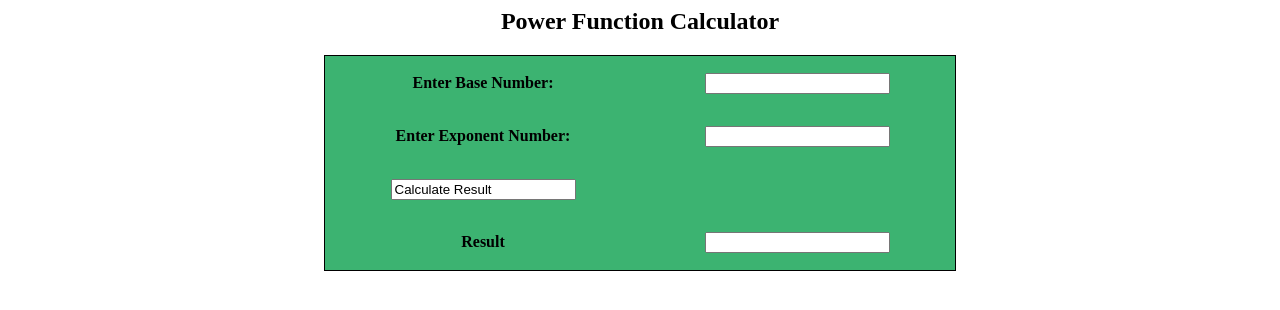
Repository: DeepaliKalagate/PowerCalculatorAPI
Page: PowerFunctionCalculator/src/main/resources/PowerFunction.html
An editor plug-in stored every save of this project. The page is shown before and after the next save, followed by the edit.
The browser window is 1280 px wide. The pictures show the whole page.

Above is the page before, as saved 2020-02-09 06:39:59.

### PowerFunctionCalculator/src/main/resources/PowerFunction.html
<html>
<head>

<script src="https://ajax.googleapis.com/ajax/libs/jquery/3.3.1/jquery.min.js"></script>
</head>
<style>
table {
  width:50%;
}
table{
  border: 1px solid black;

}
th, td {
  padding: 15px;
  text-align: center;
}
table{
 background-color: MediumSeaGreen;
}
</style>
<body>
<center>
<h2>Power Function Calculator</h2></center>


<table align="center">
  <tr>
    <th>Enter Base Number:</th>
    <th><input type:"text" id="baseNumber" name="base"></th>
  </tr>
  <tr>
    <th>Enter Exponent Number:</th>
    <td><input type:"text" id="exponentNumber" name="exponent"></td>
  </tr>
  <tr>
    <td><input type:"submit" id="submit" value="Calculate Result"></td>
  </tr>
  <tr>
  <th>Result</th>
    <td><input type:"text" id="result" name="result"></td>
  </tr>
</table>
<script>
$(document).ready(function(){
  $("#submit").click(function(){


    var result=document.getElementById("result").value
console.log(result)
 var baseNumber=document.getElementById("baseNumber").value
 var exponentNumber=document.getElementById("exponentNumber").value


url="http:localhost:8080/calculator/calculate"
data=JSON.stringify({
"firstNumber":baseNumber,
"secondNumber":exponentNumber})


$.ajax({
  url:url,
  type:"POST",
  data:data,
  contentType:"application/json; charset=utf-8",
  dataType:"json",
  success: function(data){


document.getElementById("result").value=data;
  }
})

  });
});

</script>





</body>
</html>

After the next save:
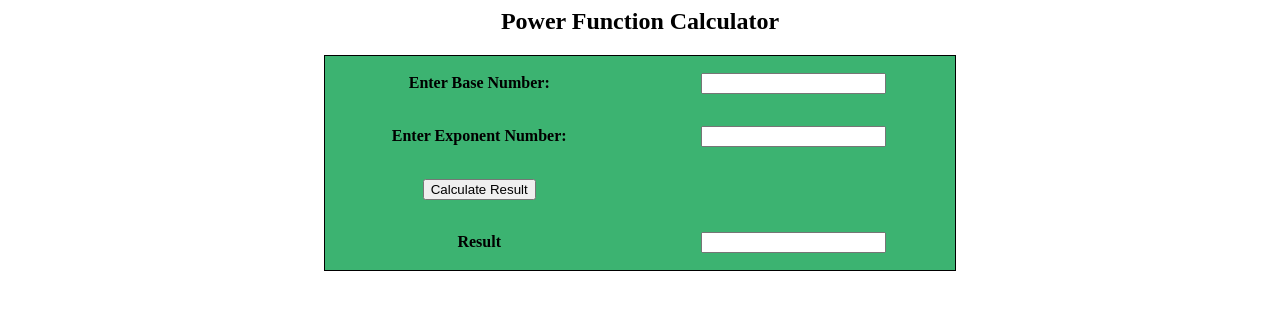
Saved 4 min 39 s later.
--- a/PowerFunctionCalculator/src/main/resources/PowerFunction.html
+++ b/PowerFunctionCalculator/src/main/resources/PowerFunction.html
@@ -34,7 +34,7 @@ table{
     <td><input type:"text" id="exponentNumber" name="exponent"></td>
   </tr>
   <tr>
-    <td><input type:"submit" id="submit" value="Calculate Result"></td>
+    <td><input type="submit" id="submit" value="Calculate Result"></td>
   </tr>
   <tr>
   <th>Result</th>
